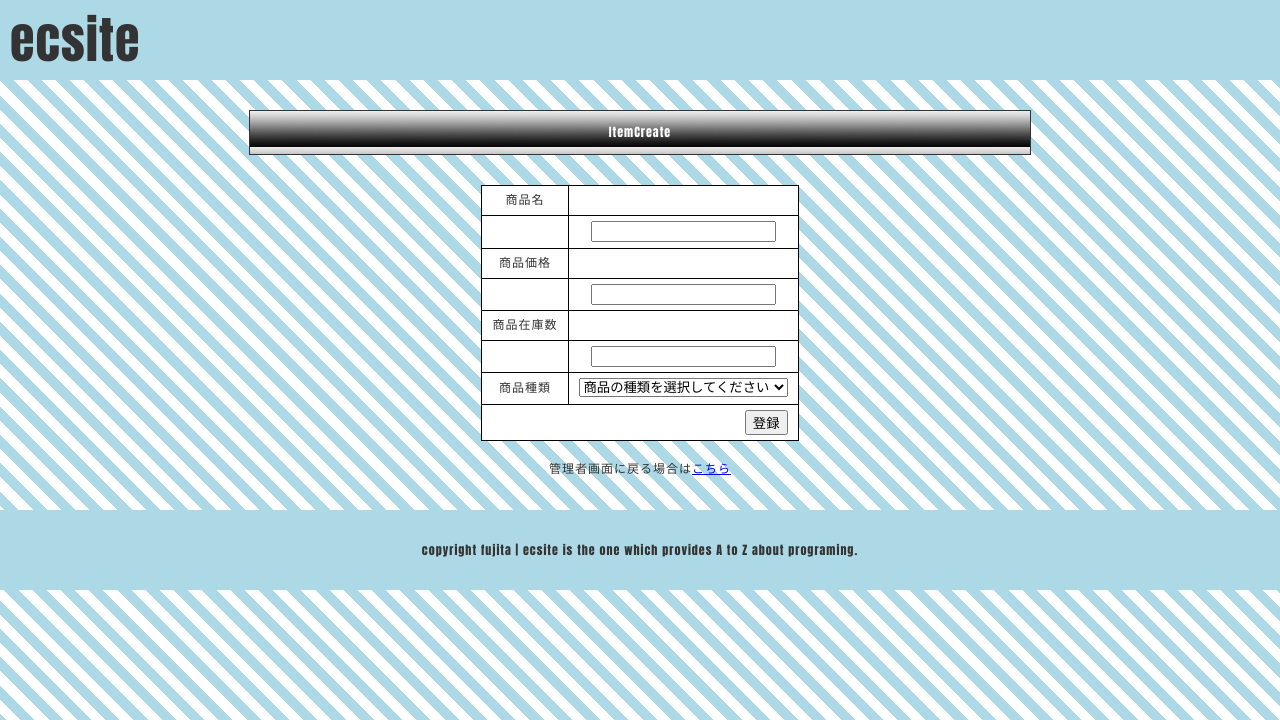
Repository: ryousukefujita-0423/test
Page: http://localhost/ecsite/itemCreate.jsp
An editor plug-in stored every save of this project. The page is shown before and after the next save, followed by the edit.
The browser window is 1280 px wide. The pictures show the whole page.
The page is served by Tomcat 9.

Above is the page before, as saved 2019-03-22 03:18:59.

After the next save:
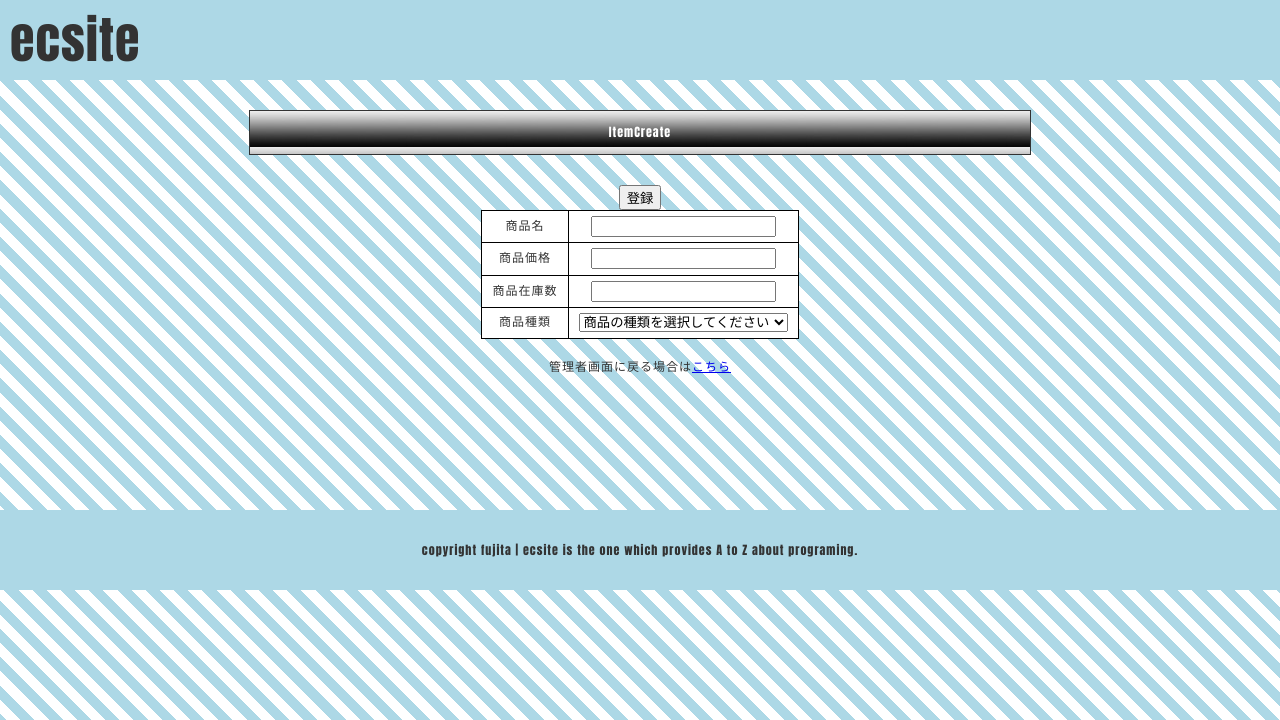
Saved 60 s later.
--- a/ecsite/WebContent/itemCreate.jsp
+++ b/ecsite/WebContent/itemCreate.jsp
@@ -22,7 +22,7 @@
 		<s:if test="errormsg !=''">
 			<s:property value="errormsg" />
 		</s:if>
-		<s:form action="ItemCreateConfirmAction">
+		<s:form action="ItemCreateConfirmAction" theme="simple">
 			<table>
 				<tr>
 					<td>商品名</td>
